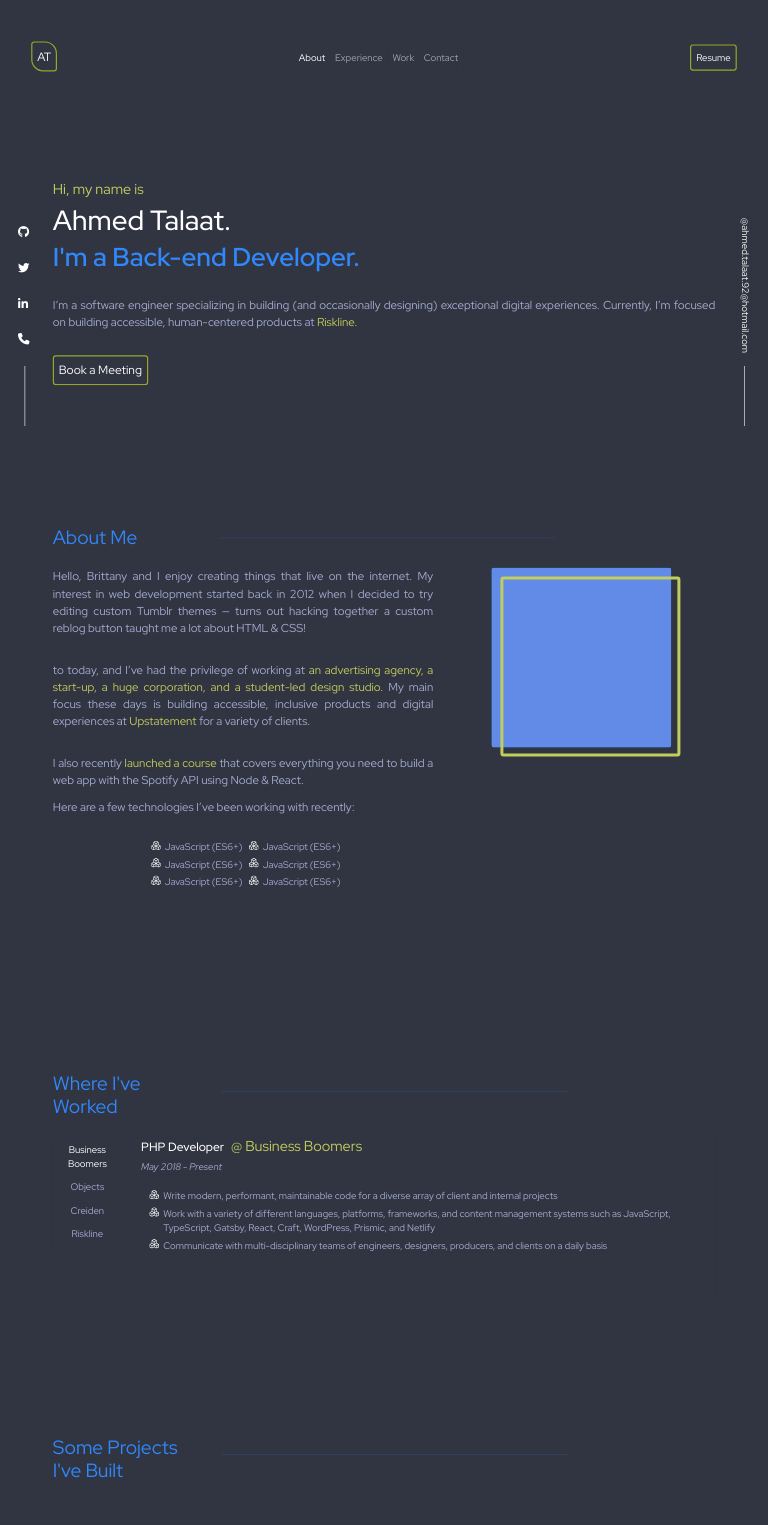
Repository: aya7abbal/Talaat-s-Portfolio
Page: index.html
An editor plug-in stored every save of this project. The page is shown before and after the next save, followed by the edit.
The browser window is 1280 px wide. The pictures show the whole page, at 60% of full size.
Pictures or frames that could not be fetched are drawn as grey boxes. Some web libraries are served in a nearby version. The style sheet was rebuilt from its Sass, Less or Tailwind sources for each picture, by a compiler version that may differ from the author's.

Above is the page before, as saved 2022-02-07 14:29:47.

### index.html
<!DOCTYPE html>
<html lang="en">
  <head>
    <!-- Required meta tags -->
    <meta charset="utf-8" />
    <meta name="viewport" content="width=device-width, initial-scale=1" />

    <!-- Bootstrap CSS -->
    <link
      href="https://cdn.jsdelivr.net/npm/bootstrap@5.0.2/dist/css/bootstrap.min.css"
      rel="stylesheet"
      integrity="sha384-EVSTQN3/azprG1Anm3QDgpJLIm9Nao0Yz1ztcQTwFspd3yD65VohhpuuCOmLASjC"
      crossorigin="anonymous"
    />

    <!-- Favicon -->
    <link
      rel="shortcut icon"
      type="image/x-icon"
      href="./images/favicon/favicon.ico"
    />

    <!-- Font Awesome -->
    <script
      src="https://kit.fontawesome.com/fd7fa2f891.js"
      crossorigin="anonymous"
    ></script>

    <!-- Bootstrap Icons -->
    <link
      rel="stylesheet"
      href="https://cdn.jsdelivr.net/npm/bootstrap-icons@1.8.0/font/bootstrap-icons.css"
    />

    <!-- Main Stylesheet -->
    <link rel="stylesheet" href="./styles/styles.css" />

    <title>Ahmed's Portfolio</title>
  </head>
  <body>
    <!-- Navbar -->
    <nav class="navbar navbar-expand-md navbar-dark py-3">
      <div class="container-fluid d-flex justify-content-between">
        <div class="navbar-logo">
          <a class="navbar-brand navbar-border navbar-content__hidden" href="#"
            >AT</a
          >
        </div>

        <!-- Offcanvas  Hidden MENU -->
        <div class="offcanvas-menu">
          <button
            class="btn navbar-content__hidden rotating-icon"
            type="button"
            data-bs-toggle="offcanvas"
            data-bs-target="#offcanvasRight"
            aria-controls="offcanvasRight"
          >
            <i class="bi bi-x-diamond fs-2 text-white"></i>
          </button>
          <div
            class="offcanvas offcanvas-end"
            tabindex="-1"
            id="offcanvasRight"
            aria-labelledby="offcanvasRightLabel"
          >
            <div class="offcanvas-header">
              <h5 id="offcanvasRightLabel"></h5>
              <button
                type="button"
                class="btn text-reset"
                data-bs-dismiss="offcanvas"
                aria-label="Close"
              >
                <i class="bi bi-x-diamond fs-2 text-white rotated-icon"></i>
              </button>
            </div>
            <div class="offcanvas-body">
              <ul class="navbar-nav text-center">
                <li class="nav-item">
                  <a class="nav-link active" aria-current="page" href="#"
                    >About</a
                  >
                </li>
                <li class="nav-item">
                  <a class="nav-link" href="#">Experience</a>
                </li>
                <li class="nav-item">
                  <a class="nav-link" href="#">Work</a>
                </li>
                <li class="nav-item">
                  <a class="nav-link" href="#">Contact</a>
                </li>
                <li>
                  <a
                    class="btn btn-green my-4"
                    href="./Ahmed Talaat.pdf"
                    download
                  >
                    Resume</a
                  >
                </li>
              </ul>
            </div>
          </div>
        </div>

        <!-- NAVBAR Collapsable -->
        <div
          class="collapse navbar-collapse justify-content-between align-items-baseline"
          id="navbarNav"
        >
          <a class="navbar-brand navbar-border" href="#">AT</a>

          <ul class="navbar-nav">
            <li class="nav-item">
              <a class="nav-link active" aria-current="page" href="#">About</a>
            </li>
            <li class="nav-item">
              <a class="nav-link" href="#">Experience</a>
            </li>
            <li class="nav-item">
              <a class="nav-link" href="#">Work</a>
            </li>
            <li class="nav-item">
              <a class="nav-link" href="#">Contact</a>
            </li>
          </ul>

          <a
            class="btn btn-green"
            href="./Ahmed Talaat.pdf"
            download
          >Resume</a >
        </div>
      </div>
    </nav>
    <div class="body-wrapper">
      <!-- Introduction -->
      <div class="intro px-5">
        <h6>Hi, my name is</h6>

        <br />

        <h2>Ahmed Talaat.</h2>
        <h3 class="pb-2">I'm a Back-end Developer.</h3>

        <br />

        <p>
          I’m a software engineer specializing in building (and occasionally
          designing) exceptional digital experiences. Currently, I’m focused on
          building accessible, human-centered products at
          <a href="#">Riskline.</a>
        </p>

        <br />

        <a class=" btn btn-green btn-lg" href="https://calendly.com/atalaat-92/short-discussion?month=2022-02"> Book a Meeting</a>
      </div>

      <!-- About -->

      <div class="about px-5 row">
        <div class="section-header row">
          <div class="col-md-4 col-lg-3 col-5">
            <h4 class="py-4">About Me</h4>
          </div>
          <div class="col-md-8 col-lg-9 col-7">
            <hr />
          </div>
        </div>

        <!-- About Paragraph -->
        <div class="col-12 col-lg-7">
          <p>
            Hello, Brittany and I enjoy creating things that live on the
            internet. My interest in web development started back in 2012 when I
            decided to try editing custom Tumblr themes — turns out hacking
            together a custom reblog button taught me a lot about HTML & CSS!
          </p>
          <br />

          <p>
            to today, and I’ve had the privilege of working at
            <a href=""
              >an advertising agency, a start-up, a huge corporation, and a
              student-led design studio.</a
            >
            My main focus these days is building accessible, inclusive products
            and digital experiences at <a href="">Upstatement</a> for a variety
            of clients.
          </p>

          <br />
          <p>
            I also recently <a href="">launched a course</a> that covers
            everything you need to build a web app with the Spotify API using
            Node & React.
          </p>

          <p>Here are a few technologies I’ve been working with recently:</p>

          <div class="iconed-list d-flex justify-content-center">
            <ul class="row">
              <div class="col-6">
                <li>JavaScript (ES6+)</li>
                <li>JavaScript (ES6+)</li>
                <li>JavaScript (ES6+)</li>
              </div>

              <div class="col-6">
                <li>JavaScript (ES6+)</li>
                <li>JavaScript (ES6+)</li>
                <li>JavaScript (ES6+)</li>
              </div>
            </ul>
          </div>
        </div>

        <div class="col-12 col-lg-5 d-flex justify-content-center pb-5">
          <!-- About Image -->
          <div class="about-img">
           <div> <img
            src="https://brittanychiang.com/static/30a645f7db6038f83287d0c6042d3b2b/f9526/me.avif"
            alt=""
            width="300px"
            height="300px"
          /></div>
            <div class="about-img__border"></div>
          </div>
        </div>
      </div>

      <!-- Work -->

      <div class="work px-5">
        <div class="section-header row">
          <div class="col-md-4 col-lg-3 col-7">
            <h4 class="py-4">Where I've Worked</h4>
          </div>
          <div class="col-md-8 col-lg-9 col-5">
            <hr />
          </div>
        </div>
        <div>
          <!-- Nav tabs -->
          <div class="d-flex flex-md-row flex-column align-items-start">
            <div
              class="nav flex-md-column nav-pills me-3 mb-4 pe-md-3 nav-tabs"
              id="v-pills-tab"
              role="tablist"
              aria-orientation="vertical"
            >
              <button
                class="nav-link active"
                id="v-pills-home-tab"
                data-bs-toggle="pill"
                data-bs-target="#v-pills-home"
                type="button"
                role="tab"
                aria-controls="v-pills-home"
                aria-selected="true"
              >
                Business Boomers
              </button>
              <button
                class="nav-link"
                id="v-pills-profile-tab"
                data-bs-toggle="pill"
                data-bs-target="#v-pills-profile"
                type="button"
                role="tab"
                aria-controls="v-pills-profile"
                aria-selected="false"
              >
                Objects
              </button>
              <button
                class="nav-link"
                id="v-pills-messages-tab"
                data-bs-toggle="pill"
                data-bs-target="#v-pills-messages"
                type="button"
                role="tab"
                aria-controls="v-pills-messages"
                aria-selected="false"
              >
                Creiden
              </button>
              <button
                class="nav-link"
                id="v-pills-settings-tab"
                data-bs-toggle="pill"
                data-bs-target="#v-pills-settings"
                type="button"
                role="tab"
                aria-controls="v-pills-settings"
                aria-selected="false"
              >
                Riskline
              </button>
            </div>
            <div class="tab-content" id="v-pills-tabContent">
              <div
                class="tab-pane fade show active"
                id="v-pills-home"
                role="tabpanel"
                aria-labelledby="v-pills-home-tab"
              >
                <div class="work-title">
                  <h5 class="pe-2">PHP Developer</h5>
                  <h6>@ Business Boomers</h6>
                </div>
                <div class="work-date">
                  <i>May 2018 - Present </i>

                  <ul class="iconed-list">
                    <li>
                      Write modern, performant, maintainable code for a diverse
                      array of client and internal projects
                    </li>
                    <li>
                      Work with a variety of different languages, platforms,
                      frameworks, and content management systems such as
                      JavaScript, TypeScript, Gatsby, React, Craft, WordPress,
                      Prismic, and Netlify
                    </li>
                    <li>
                      Communicate with multi-disciplinary teams of engineers,
                      designers, producers, and clients on a daily basis
                    </li>
                  </ul>
                </div>
              </div>

              <div
                class="tab-pane fade"
                id="v-pills-profile"
                role="tabpanel"
                aria-labelledby="v-pills-profile-tab"
              >
                <div class="work-title">
                  <h5 class="pe-2">Back-end Developer</h5>
                  <h6>@ Objects</h6>
                </div>
                <div class="work-date">
                  <i>May 2018 - Present </i>

                  <ul class="iconed-list">
                    <li>
                      Write modern, performant, maintainable code for a diverse
                      array of client and internal projects
                    </li>
                    <li>
                      Work with a variety of different languages, platforms,
                      frameworks, and content management systems such as
                      JavaScript, TypeScript, Gatsby, React, Craft, WordPress,
                      Prismic, and Netlify
                    </li>
                    <li>
                      Communicate with multi-disciplinary teams of engineers,
                      designers, producers, and clients on a daily basis
                    </li>
                  </ul>
                </div>
              </div>

              <div
                class="tab-pane fade"
                id="v-pills-messages"
                role="tabpanel"
                aria-labelledby="v-pills-messages-tab"
              >
                <div class="work-title">
                  <h5 class="pe-2">Back-end Developer</h5>
                  <h6>@ Creiden</h6>
                </div>
                <div class="work-date">
                  <i>May 2018 - Present </i>

                  <ul class="iconed-list">
                    <li>
                      Write modern, performant, maintainable code for a diverse
                      array of client and internal projects
                    </li>
                    <li>
                      Work with a variety of different languages, platforms,
                      frameworks, and content management systems such as
                      JavaScript, TypeScript, Gatsby, React, Craft, WordPress,
                      Prismic, and Netlify
                    </li>
                    <li>
                      Communicate with multi-disciplinary teams of engineers,
                      designers, producers, and clients on a daily basis
                    </li>
                  </ul>
                </div>
              </div>

              <div
                class="tab-pane fade"
                id="v-pills-settings"
                role="tabpanel"
                aria-labelledby="v-pills-settings-tab"
              >
                <div class="work-title">
                  <h5 class="pe-2">Project Manager</h5>
                  <h6>@ Riskline</h6>
                </div>
                <div class="work-date">
                  <i>May 2018 - Present </i>

                  <ul class="iconed-list">
                    <li>
                      Write modern, performant, maintainable code for a diverse
                      array of client and internal projects
                    </li>
                    <li>
                      Work with a variety of different languages, platforms,
                      frameworks, and content management systems such as
                      JavaScript, TypeScript, Gatsby, React, Craft, WordPress,
                      Prismic, and Netlify
                    </li>
                    <li>
                      Communicate with multi-disciplinary teams of engineers,
                      designers, producers, and clients on a daily basis
                    </li>
                  </ul>
                </div>
              </div>
            </div>
          </div>
        </div>
      </div>

      <div class="projects px-5">
        <div class="section-header row">
          <div class="col-md-4 col-lg-3 col-7">
            <h4 class="py-4">Some Projects I've Built</h4>
          </div>
          <div class="col-md-8 col-lg-9 col-5">
            <hr />
          </div>
        </div>
      </div>
    </div>

    <footer>
      <div class="footer-left">
        <div class="footer-left__link">
          <i class="fab fa-github"><a href="#"></a></i>
        </div>
        <div class="footer-left__link">
          <i class="fab fa-twitter"><a href=""></a></i>
        </div>
        <div class="footer-left__link">
          <i class="fab fa-linkedin-in"><a href=""></a></i>
        </div>
        <div class="footer-left__link">
          <i class="fas fa-phone"><a href=""></a></i>
        </div>
        <div class="footer-left__link line"></div>
      </div>



      <div class="footer-right">
        <div class="footer-right__link">
          <a href="">@ahmed.talaat.92@hotmail.com</a>

        <div class="footer-right__link line"></div>
      </div>
    </footer>

    <!-- Bootstrap Bundle with Popper -->
    <script
      src="https://cdn.jsdelivr.net/npm/bootstrap@5.0.2/dist/js/bootstrap.bundle.min.js"
      integrity="sha384-MrcW6ZMFYlzcLA8Nl+NtUVF0sA7MsXsP1UyJoMp4YLEuNSfAP+JcXn/tWtIaxVXM"
      crossorigin="anonymous"
    ></script>
    <script type="module" src="./scripts/script.js"></script>
  </body>
</html>

### scripts/script.js
// const rotatingIcon = document.querySelector(".rotating-icon")
// const rotatedIcon = document.querySelector(".rotated-icon")


// rotatingIcon.addEventListener('click',function(event) {
// console.log(event)
//     rotatingIcon.style.display="hidden"
// })

### styles/styles.scss

// Fonts
@import url('https://fonts.googleapis.com/css2?family=Dosis:wght@200;300;400;500;600&family=Red+Hat+Display:ital,wght@0,300;0,400;0,500;0,600;0,700;0,900;1,300;1,400;1,500;1,600&family=Satisfy&display=swap');
// Partials
@import "./components/navbar";
@import"./components/footer";
@import "./variables/colors";
@import "./components/buttons";
@import "./variables/fonts";
@import "./components/pages";
@import "./variables/images";




// font-family: 'Dosis', sans-serif;
// font-family: 'Red Hat Display', sans-serif;
// font-family: 'Satisfy', cursive;

*{
font-family: 'Red Hat Display', sans-serif;
background-color: var(--navy);

}

body{
    margin: 0%;
    overflow-x: hidden;
    background-color: var(--navy);

    @media (min-width:768px) {
        padding: 40px;
    }
}

### styles/components/_navbar.scss
.navbar-content__hidden{
    display: none;
    @media (max-width:768px) {
        display: inline-block;
    }
}

.navbar-brand{
    border: solid 2px var(--green);
    border-radius: 5px 20px;
    padding: 8px;

    &:hover{
        background-color: var(--green);
    }
}

### styles/components/_footer.scss
footer {

    @media (max-width:768px) {
display: none;
    }

  .footer-left {
    position: fixed;
    bottom: 10px;
    left: 20px;
    i {
      font-size: 1.2em;
      color: white;
      margin: 20px 10px;
      &:hover{
          color: greenyellow;
          transform: translateY(-3px);
      }
    }

    .line {
      border-right: 1px solid white;
      padding: 20px;
      height: 100px;
      background-color: transparent;
      transform: translatex(-19px);
      margin-top: 15px;
    }
  }


  .footer-right {
    position: fixed;
    bottom: 10px;
    right: 20px;
    i{
      font-size: 1.2em;
      color: white;
      margin: 15px 10px;
      &:hover{
          color: greenyellow;
          transform: translateY(-3px);
      }


    }

    a{
        writing-mode: vertical-rl;
        transform: translatex(10px);
        color: white;
        font-size: 1em;
        &:hover{
            color: greenyellow;
            text-decoration: none;
        }
    }

    .line {
      border-right: 1px solid white;
      padding: 20px;
      height: 100px;
      background-color: transparent;
      transform: translatex(-19px);
      margin-top: 15px;
    }
  }
}

### styles/variables/_colors.scss
:root{
    --navy:#313441;
    --lgreen:#c1ce5e;
    --grey:#A4A6BF;
    --bblue:hsl(220, 47%, 62%);
    --green:#97A629;
    --lgreeno:#c1ce5e11;
    --lgrey:#bbc1dd;
    --mdgrey:#a4acd1;
    --blue:#3188fa;

}

### styles/components/_buttons.scss
.btn-green {
  border: 2px solid var(--green);
  padding: 8px;
  color:white;
  border-radius: 5px;

  &:hover {
    color: rgb(197, 197, 197);
    background-color: var(--lgreeno);
  }
}

.btn-blue{
    border: 2px solid var(--blue);
    padding: 8px;
    color:white;
    border-radius: 5px;

    &:hover {
      color: rgb(197, 197, 197);
      background-color: var(--bblue);
    }
}

.rotating-icon, .rotated-icon {
  transform: rotate(45deg) !important;
  z-index: 100;

  &:hover {
    transform: rotate(90deg) !important;
    transition: 0.6s;


  }
  &:active &:focus {
    transform: rotate(90deg) !important;
  }
}

### styles/variables/_fonts.scss



h2 {
  color: white;
  font-size: 2.3em;

  @media (min-width: 768px) {
    font-size: 2.9em;
  }
}

h3 {
  color: var(--blue);
  font-weight: 600;
  font-size: 2.2em;

  @media (min-width: 768px) {
    font-size: 2.7em;
  }
}

h4 {
  color: var(--blue);
  font-weight: 400;
  font-size: 1.5em;
  background-color: var(--navy);

  @media (min-width: 768px) {
    font-size: 2em;
  }
}

h5{
  color: white;
  display: inline-block;
}

h6 {
  font-size: 1.2em;
  color: var(--lgreen);
  font-weight: 400;
  display: inline-block;

  @media (min-width: 768px) {
    font-size: 1.5em;
  }
}

a {
  color: var(--lgreen);
  text-decoration: none;

  &:hover {
    color: var(--green);

    text-decoration: underline;
  }
}

ul{

    padding-top:20px;
    padding-bottom: 50px;
}
.iconed-list li{
    list-style-image:url(../../svg/list.svg);
    color: var(--mdgrey);

    padding:10px 10px 0px 10px;
    margin: 5px;
    width: fit-content;
    padding: 0%;
}

p {
  font-size: 1.2em;
  color: var(--mdgrey);
  font-weight: 400;
  text-align: justify;

  @media (min-width: 768px) {
    font-size: 1.2em;
  }
}

i{
  color: var(--mdgrey);
}

.nav-tabs .nav-link{

  color: var(--mdgrey);
  background-color: transparent !important;
  // text-decoration: underline;
  text-decoration-color: var(--mdgrey);

  &:focus{
    background-color: transparent !important;
    color: var(--lgreen);
    border-bottom-color: var(--lgreen);

  }

  &:active{
    background-color: transparent !important;
    color: var(--lgreen);


  }



}

### styles/components/_pages.scss

// INTRODUCTION
.intro{
    padding-top: 120px;
}

// ABOUT


.section-header{
    padding-top:210px ;
    hr{
        position: relative;
        top:30%;
        color: var(--blue);
        width: 70%;
    }
}

#v-pills-tab{
    border: none;
}

### styles/variables/_images.scss
.about-img {
  height: fit-content;
  position: relative;
  display: flex;
  flex-direction: column;
  justify-content: center;


  img {
    filter: invert(25%) sepia(77%) saturate(2565%) hue-rotate(200deg)
      brightness(103%) contrast(96%) opacity(90%);
    border-radius: 5px;
  }
  &:hover {
    img {
      filter: none;
    }
    .about-img__border{
        transform: translate(0px, 0px);
        transition: .1s;


    }
  }

  .about-img__border {
    position: absolute;
    border: 5px solid var(--lgreen);
    border-radius: 5px;
    width: 300px;
    height: 300px;
    transform: translate(15px, 15px);
    background-color: transparent;
  }
}

After the next save:
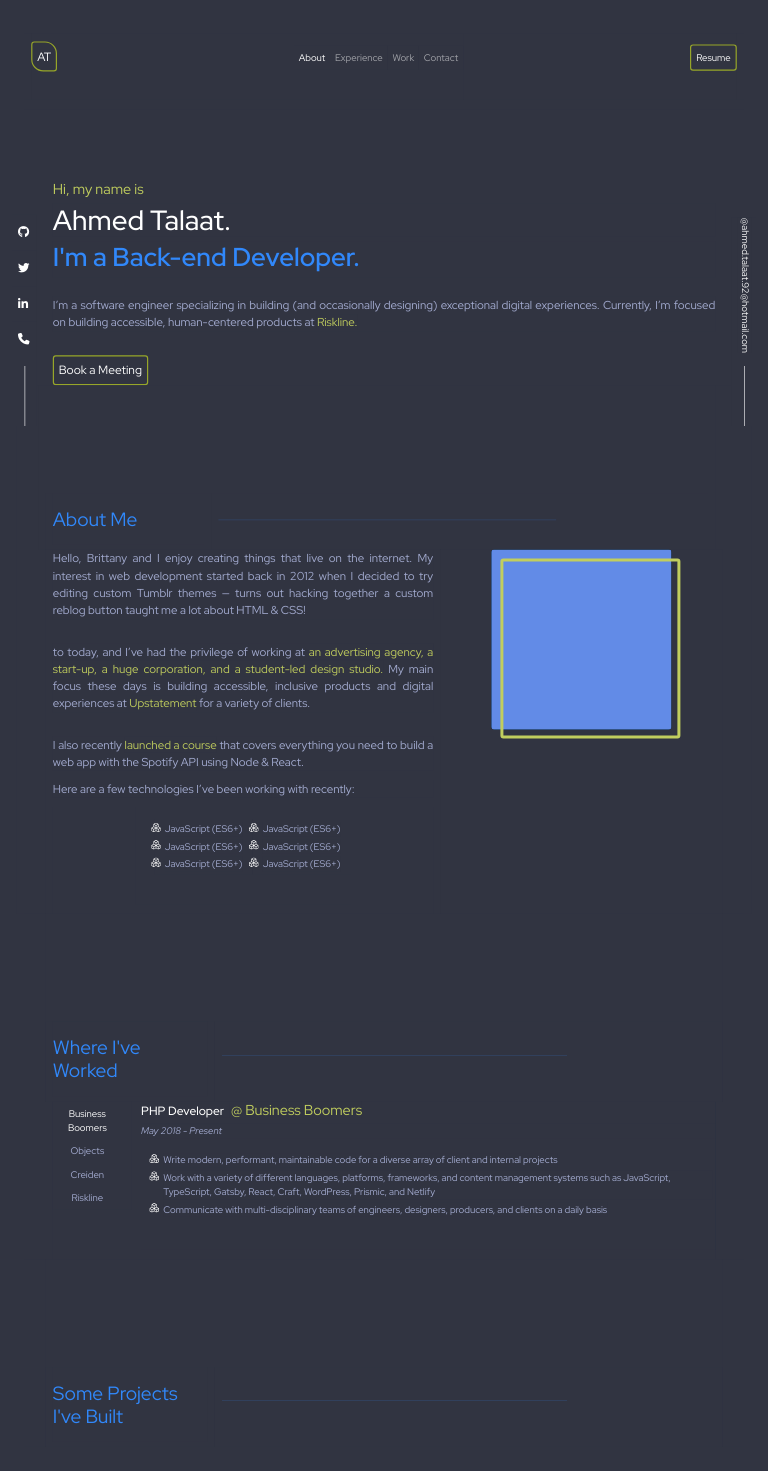
Saved 7 s later.
--- a/styles/components/_pages.scss
+++ b/styles/components/_pages.scss
@@ -8,7 +8,7 @@
 
 
 .section-header{
-    padding-top:210px ;
+    padding-top:180px ;
     hr{
         position: relative;
         top:30%;
